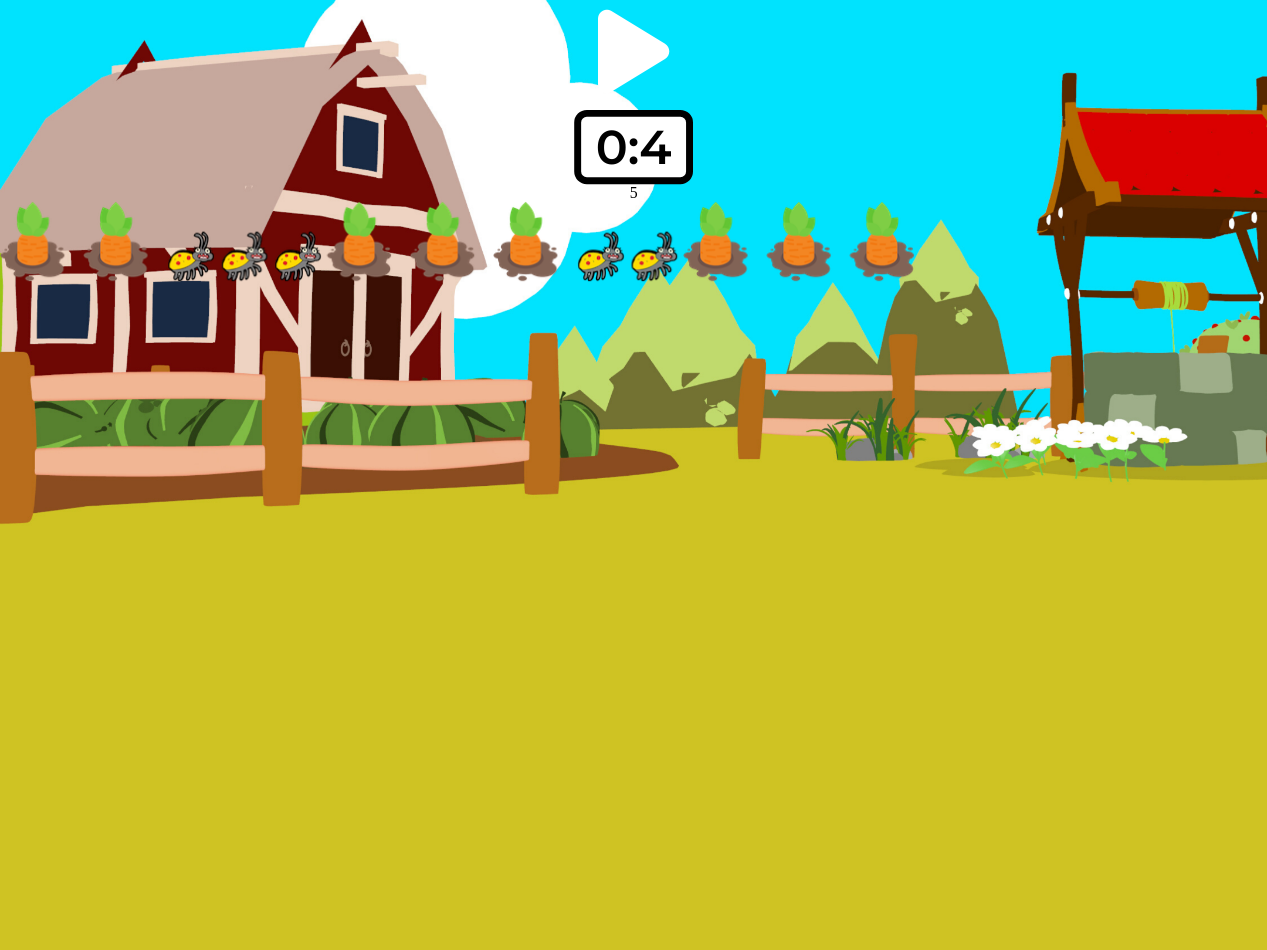
Repository: sephinejo/Mini-carrot-game
Page: index.html
An editor plug-in stored every save of this project. The page is shown before and after a run of saves, followed by the edit.
The browser window is 1280 px wide. The pictures show the whole page, at 99% of full size.
Some web fonts or font styles are not loaded; a fallback is used. Some web libraries are served in a nearby version.

Above is the page before, as saved 2023-05-14 21:31:32.

After the next 3 saves:
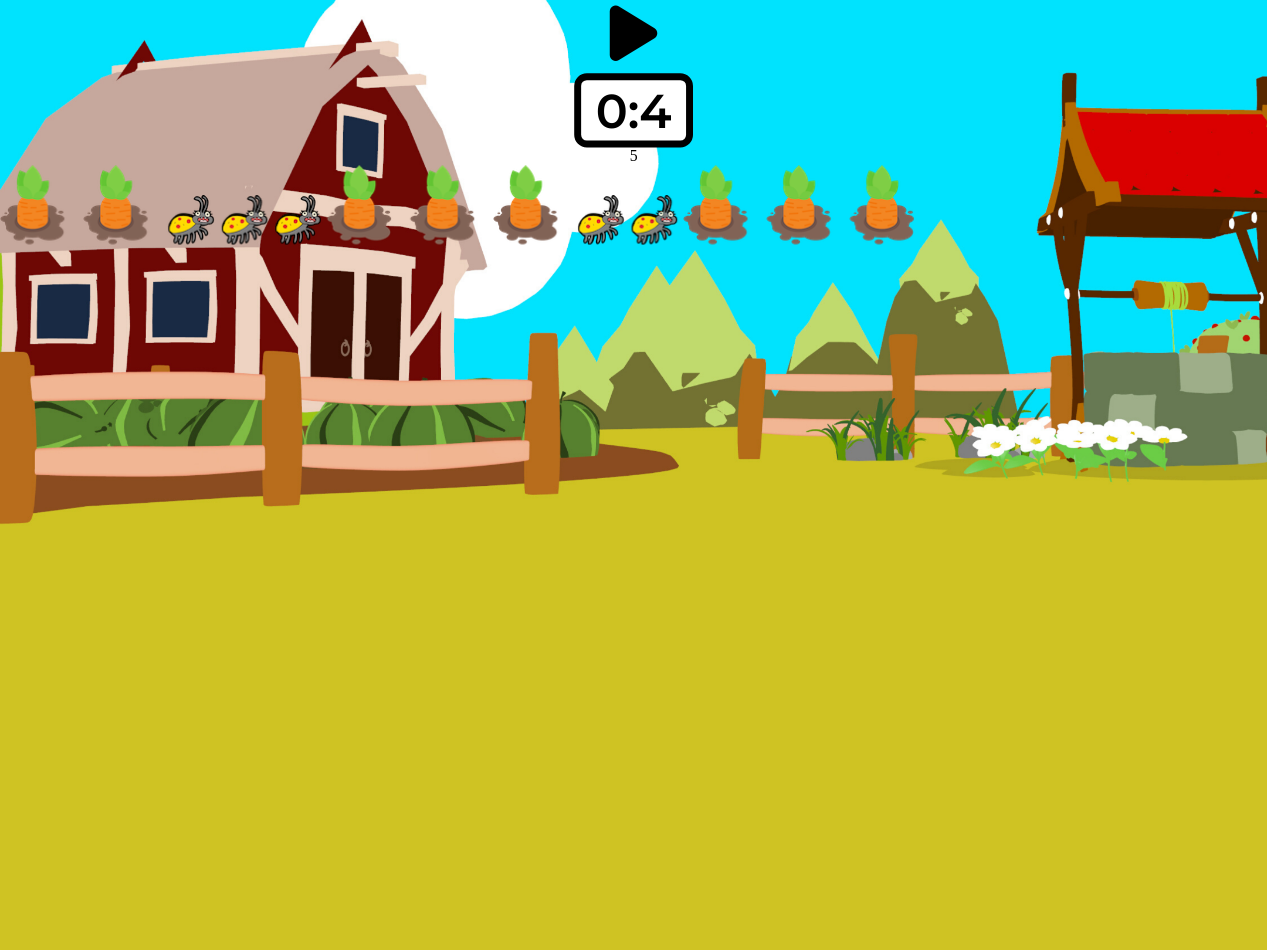
The 3 saves are shown as one change because they came seconds apart.
The last was saved 13 s later.
--- a/style.css
+++ b/style.css
@@ -19,8 +19,8 @@ body {
 }
 
 .info__icon__play {
-  font-size: 6rem;
-  color: white;
+  font-size: 4rem;
+  color: black;
 }
 
 .info__timer {
